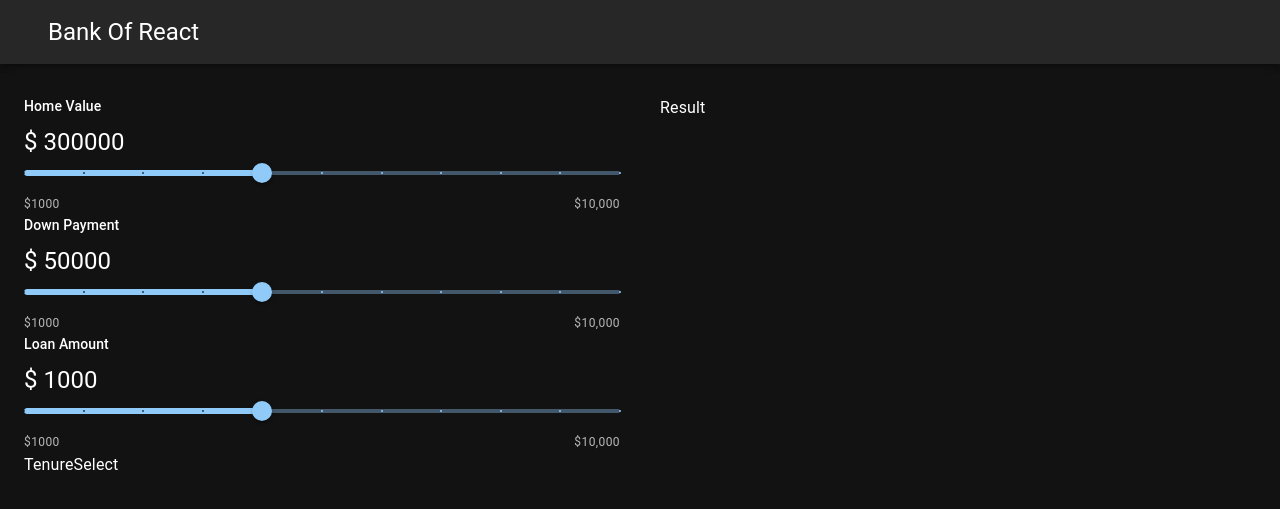
Repository: MikeeBuilds/mortgage-calculator
Page: /
These files come from the project's save history. The page is drawn as it stood at one moment and after a run of saves; the edit follows.
The browser window is 1280 px wide. The pictures show the whole page.
The project was rebuilt for these pictures with package versions that can differ from the ones it lists, and the page was loaded fresh each time.

Above is the page before, as saved 2023-04-03 21:42:49.

After the next 4 saves:
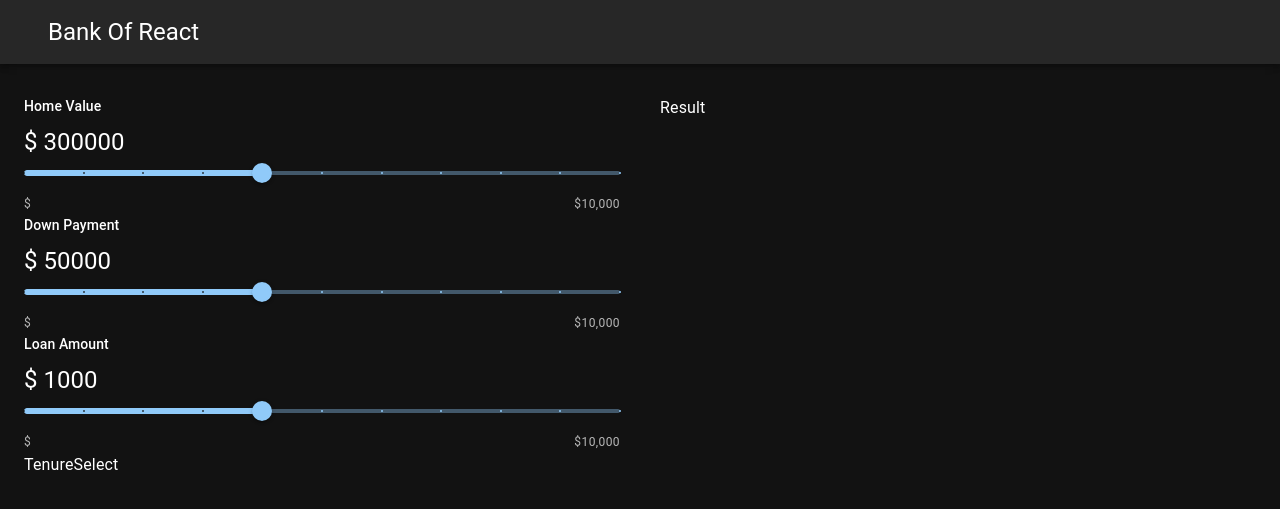
The 4 saves are shown as one change because they came seconds apart.
The last was saved 3 min 2 s later.
--- a/src/components/common/SliderComponent.js
+++ b/src/components/common/SliderComponent.js
@@ -21,7 +21,7 @@ const SliderComponent = ({ defaultValue, min, max, step, onChange, value, label,
       value={value}
       />
       <Stack direction='row' justifyContent='space-between'>
-    <Typography variant='caption' color='text.secondary'>$1000</Typography>
+    <Typography variant='caption' color='text.secondary'>{unit}</Typography>
     <Typography variant='caption' color='text.secondary'>$10,000</Typography>
       </Stack>
 
